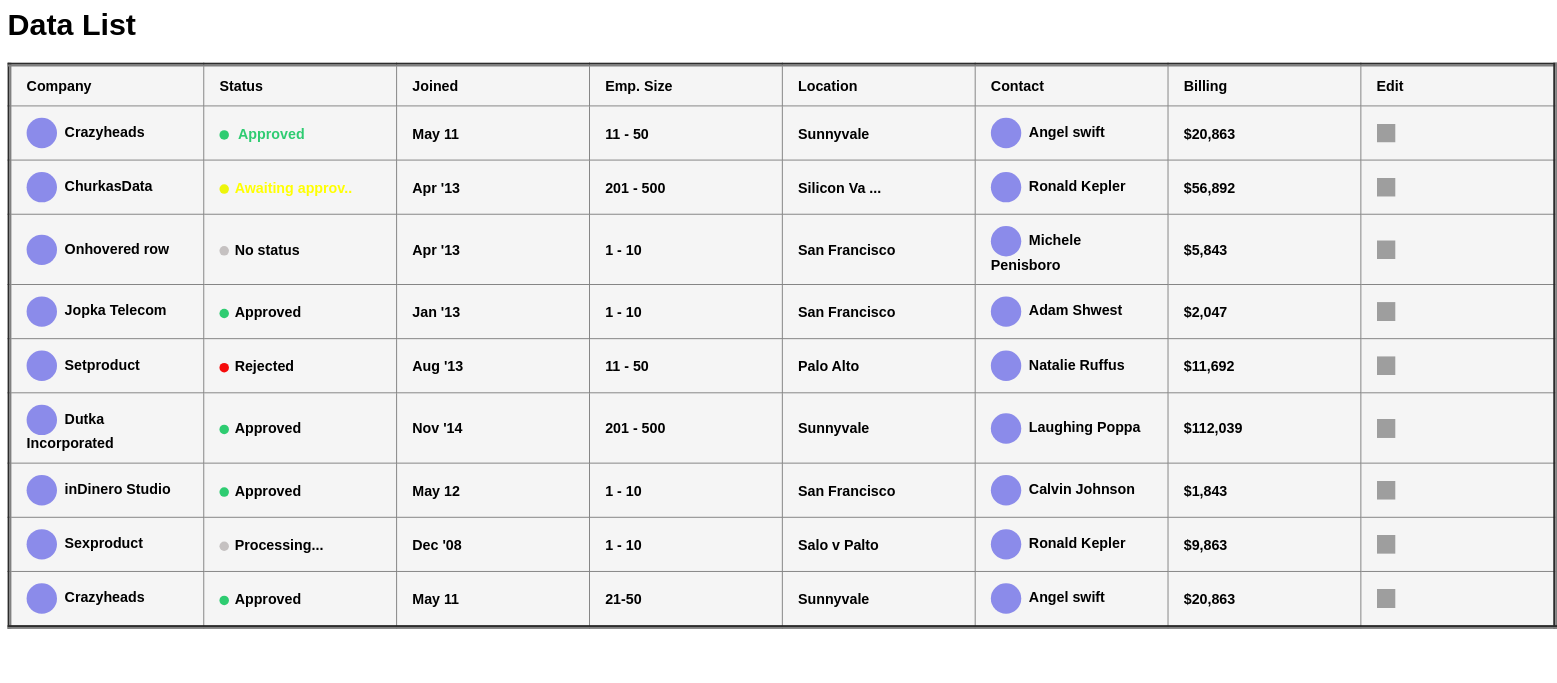
Repository: AdityaTech-Pro/FullStackWithBridgelabz
Page: Assignment2/Data_List/index.html
These files come from the project's save history. The page is drawn as it stood at one moment and after the next save; the edit follows.
The browser window is 1280 px wide. The page is 1639 px wide, so the pictures cover 1639 px, including what lies to the right of the window. The pictures show the whole page, at 95% of full size.
Pictures or frames that could not be fetched are drawn as grey boxes.

Above is the page before, as saved 2025-10-15 10:25:58.

After the next save:
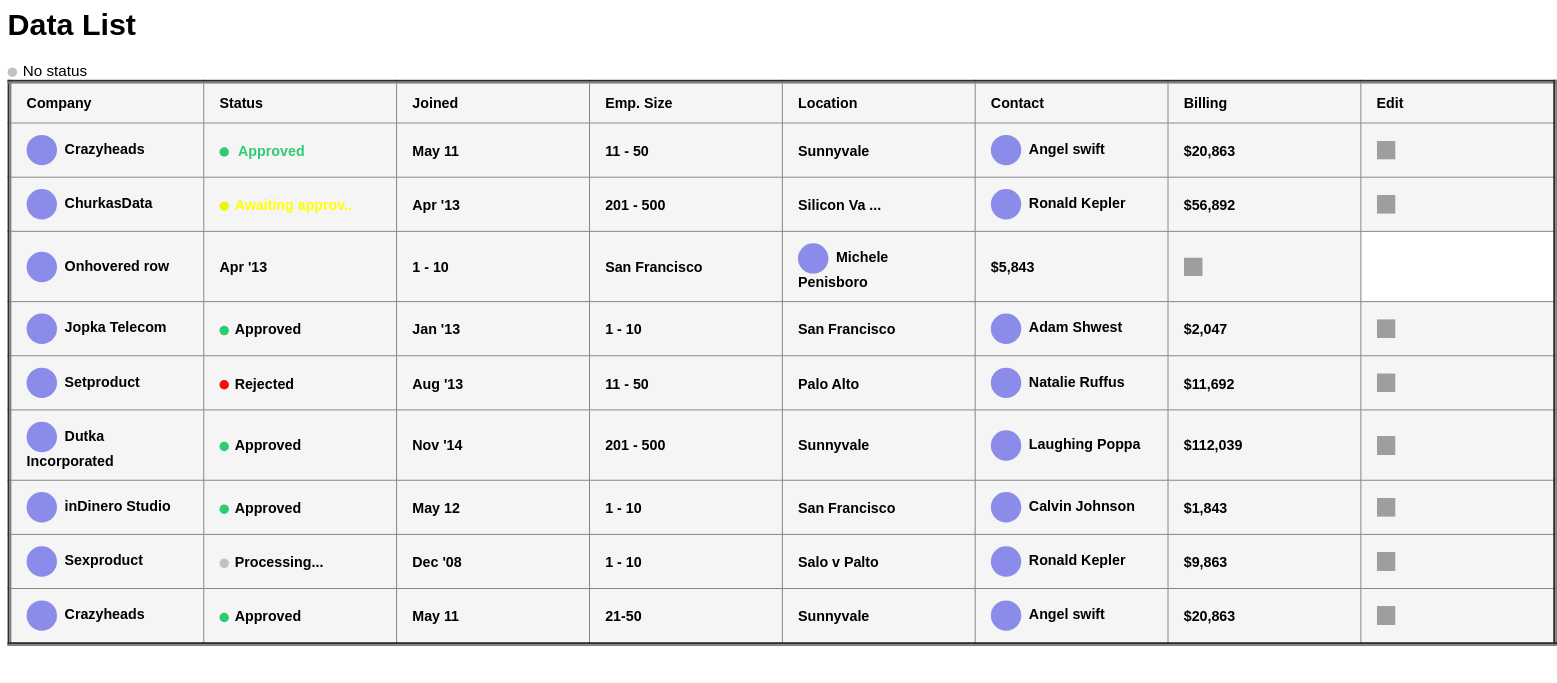
Saved 11 s later.
--- a/Assignment2/Data_List/index.html
+++ b/Assignment2/Data_List/index.html
@@ -149,7 +149,7 @@
 
         <tr>
             <th><span class="avatar " id="avatar-crazyheads " title="Add logo "></span>Onhovered row</th>
-            <th><span class="status4-dot "></span>No status</th>
+            <thstyle="color:><span class=" status4-dot "></span>No status</th>
             <th>Apr '13</th>
             <th>1 - 10</th>
             <th>San Francisco</th>

After the save that followed:
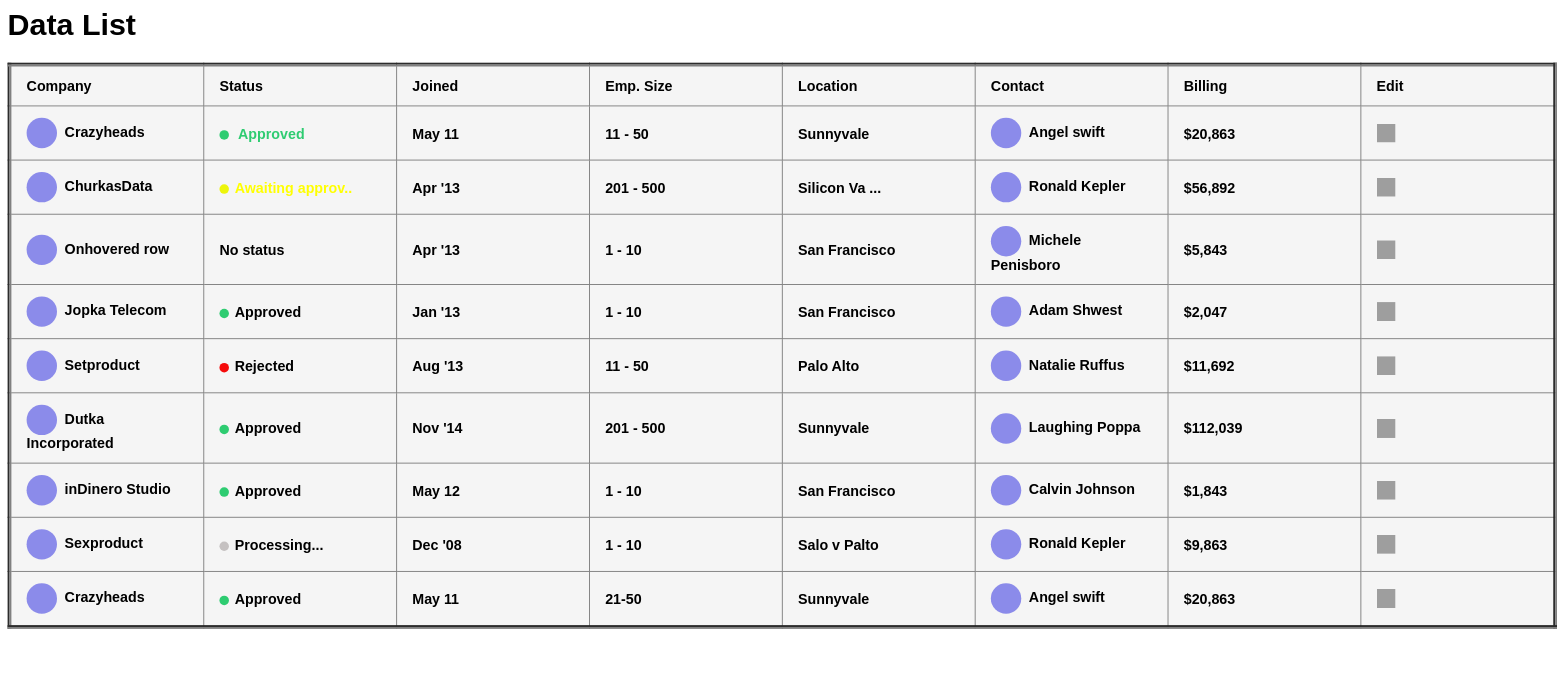
Saved 4 s later.
--- a/Assignment2/Data_List/index.html
+++ b/Assignment2/Data_List/index.html
@@ -149,7 +149,7 @@
 
         <tr>
             <th><span class="avatar " id="avatar-crazyheads " title="Add logo "></span>Onhovered row</th>
-            <thstyle="color:><span class=" status4-dot "></span>No status</th>
+            <th style="color:><span class=" status4-dot "></span>No status</th>
             <th>Apr '13</th>
             <th>1 - 10</th>
             <th>San Francisco</th>
